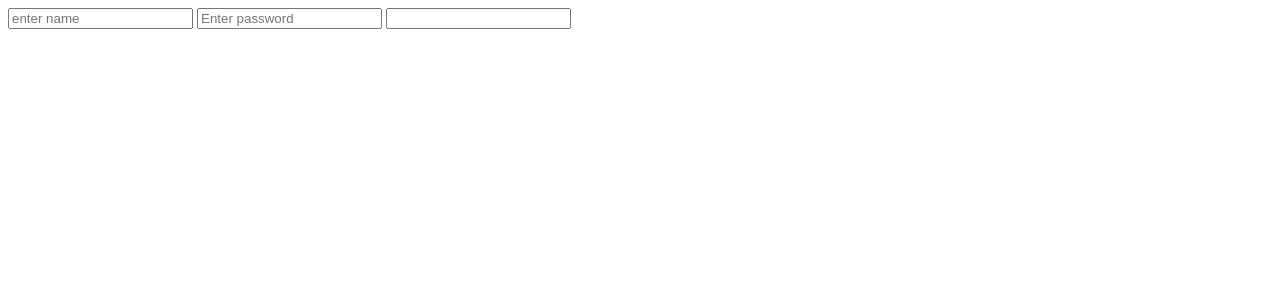
Repository: SamadK24/javaAssignments
Page: 26-ServletDemo/src/main/webapp/Example1.html
The author's editor kept a copy of each file at every save. The page is drawn from the files as they stood at one save, then again after the next save.
The browser window is 1280 px wide. The pictures show the whole page.

Above is the page before, as saved 2025-07-29 09:31:29.

After the next save:
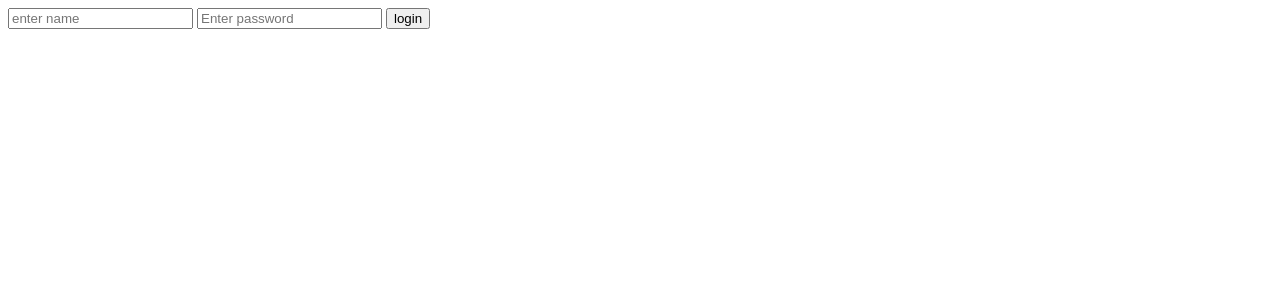
Saved 57 s later.
--- a/26-ServletDemo/src/main/webapp/Example1.html
+++ b/26-ServletDemo/src/main/webapp/Example1.html
@@ -10,7 +10,7 @@
   <form action="login" method="get">
    <input  type="text" name="username" placeholder="enter name">
    <input type="password" name="password" placeholder="Enter password">
-   <input type="login" name="login">
+   <input type="submit" value="login">
   </form>
 
 </body>
